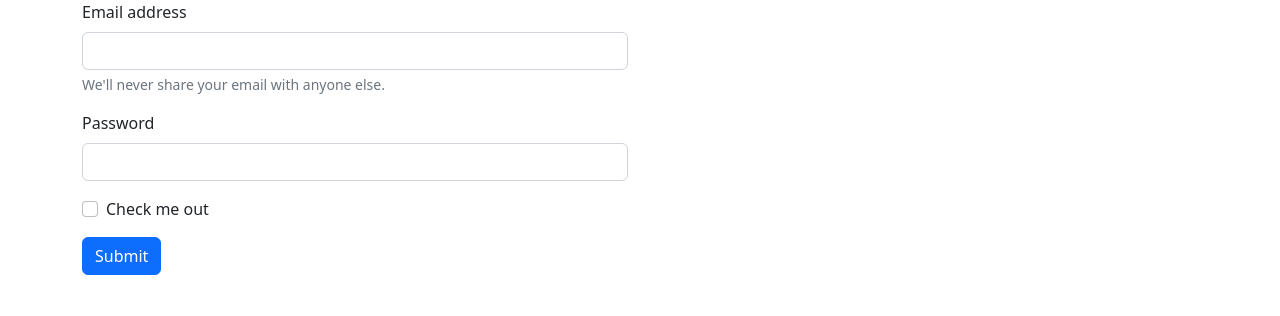
Repository: JemyDalsaniya/sts_security_jUnit_projects
Page: springSecurity/src/main/resources/templates/login.html
These files come from the project's save history. The page is drawn as it stood at one moment and after the next save; the edit follows.
The browser window is 1280 px wide. The pictures show the whole page.

Above is the page before, as saved 2022-05-27 10:53:13.

After the next save:
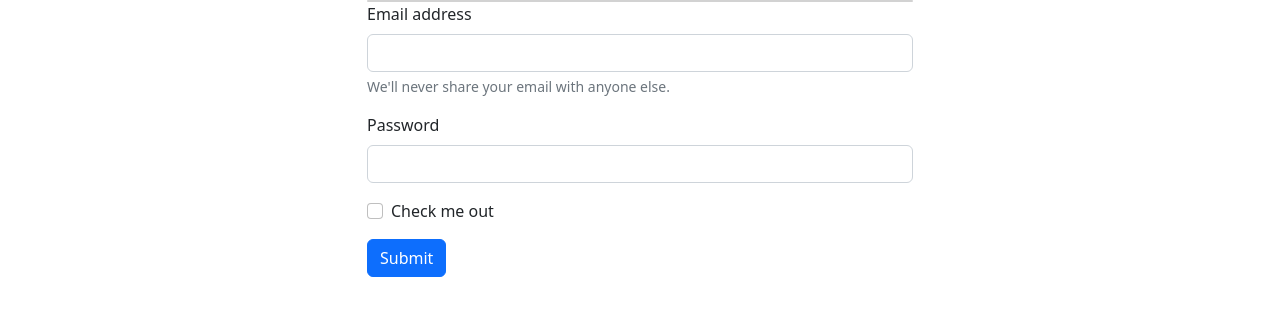
Saved 60 s later.
--- a/springSecurity/src/main/resources/templates/login.html
+++ b/springSecurity/src/main/resources/templates/login.html
@@ -12,7 +12,9 @@
 <body>
 	<div class="container">
 		<div class="row">
-			<div class="col-md-6">
+			<div class="col-md-6 offset-md-3">
+			<div class="card">
+			</div>
 				<form>
 					<div class="mb-3">
 						<label for="exampleInputEmail1" class="form-label">Email address</label>
